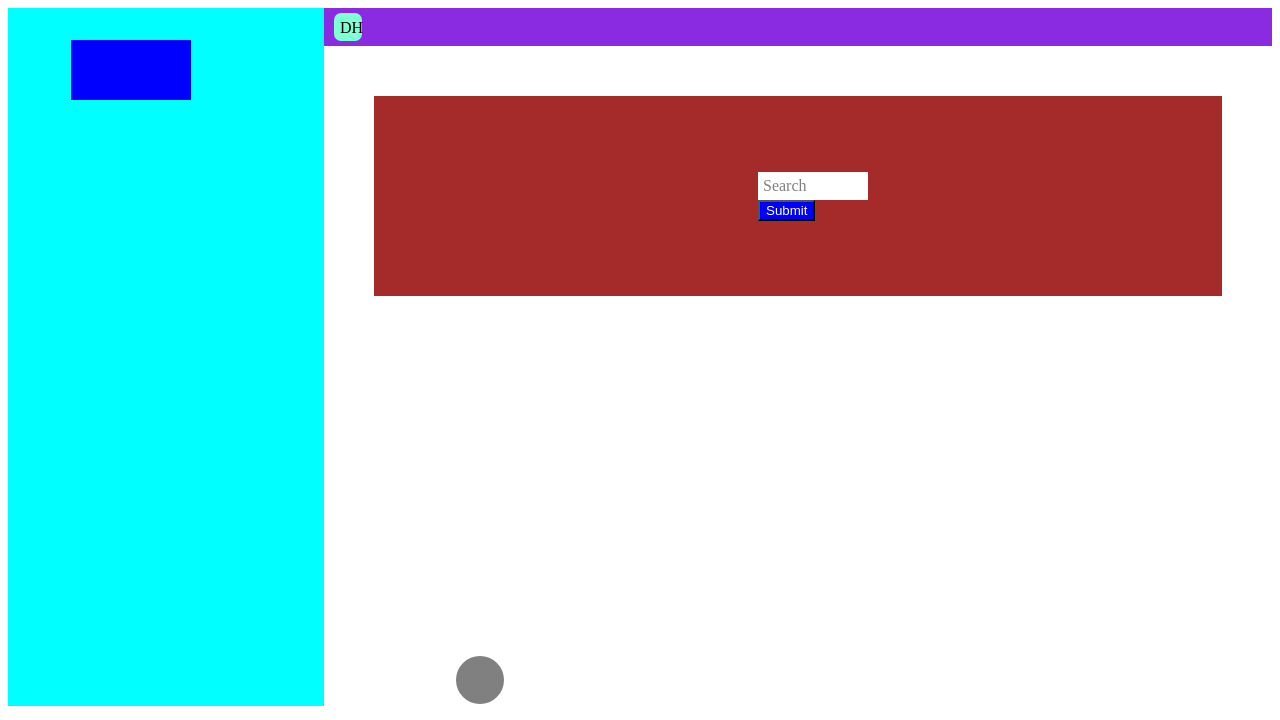
Repository: tr2cky/barrage
Page: index.html
These files come from the project's save history. The page is drawn as it stood at one moment and after a run of saves; the edit follows.
The browser window is 1280 px wide. The pictures show the whole page.

Above is the page before, as saved 2022-10-03 13:58:07.

After the next 7 saves:
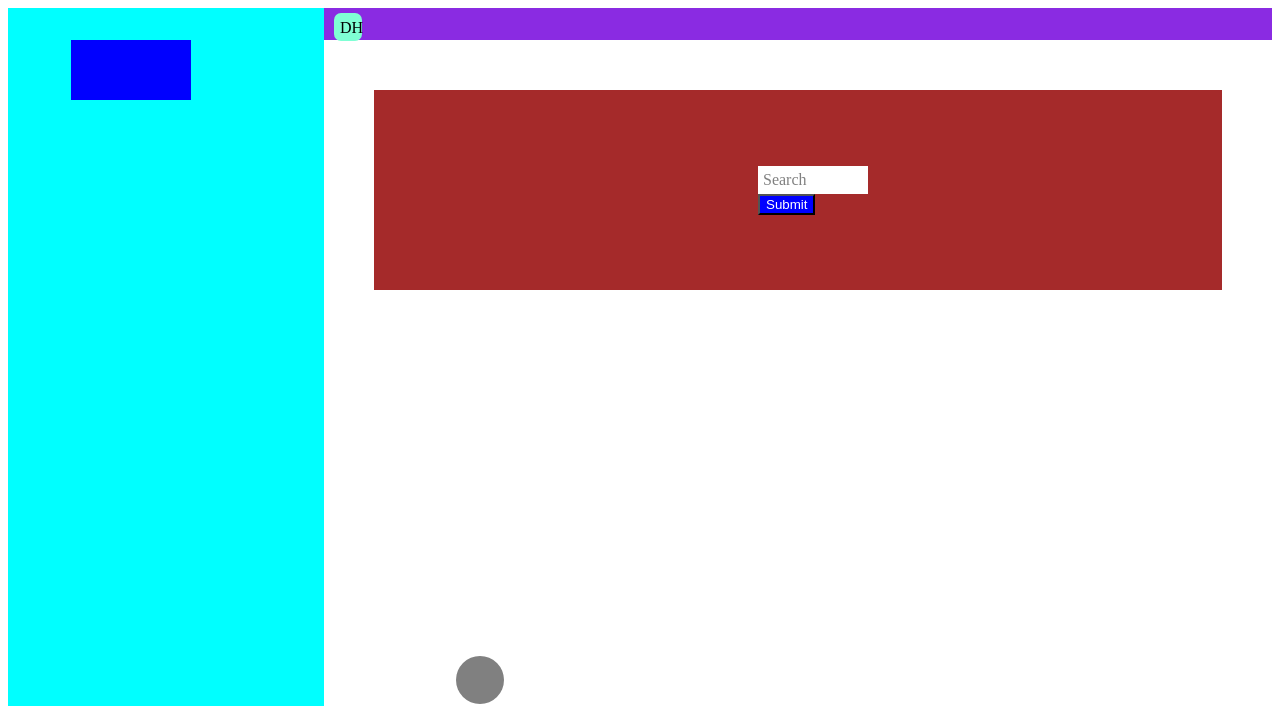
The 7 saves are shown as one change because they came seconds apart.
The last was saved 14 s later.
--- a/style.css
+++ b/style.css
@@ -21,6 +21,7 @@ main {
 }
 .header {
     background-color: blueviolet;
+    height: 2em;
 }
 .boxheader {
     background-color: aquamarine;
